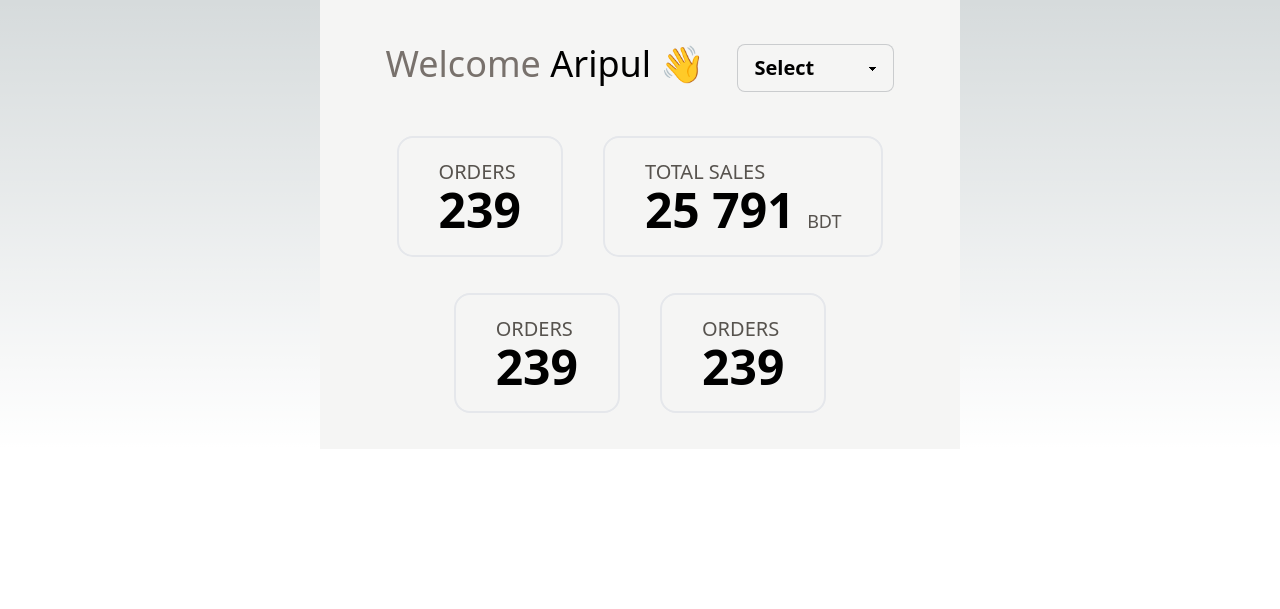
Repository: mehedi9465/nextapp
Page: /Dashboard
The author's editor kept a copy of each file at every save. The page is drawn from the files as they stood at one save, then again after the next save.
The browser window is 1280 px wide. The pictures show the whole page.
The project was rebuilt for these pictures with package versions that can differ from the ones it lists, and the page was loaded fresh each time. The framework's server and built-in components were replaced by stand-ins that run in the browser. Also part of the build but not shown: next.config.js, Components/Navbar.js.

Above is the page before, as saved 2023-03-04 15:49:52.

After the next save:
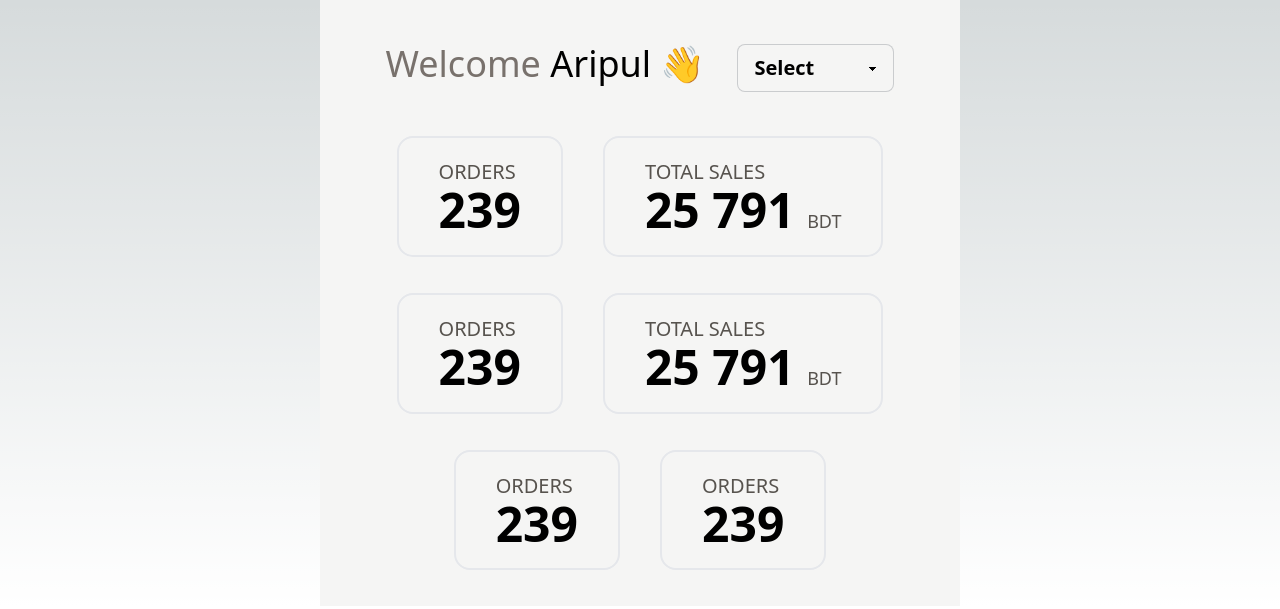
Saved 26 s later.
--- a/pages/Dashboard/index.js
+++ b/pages/Dashboard/index.js
@@ -45,6 +45,22 @@ const index = () => {
           </div>
           <div className="border-2 rounded-2xl justify-start mx-5 px-10 py-5 text-left">
             <p className="uppercase text-stone-600 font-normal text-xl">
+              Total Sales
+            </p>
+            <p className="text-5xl font-bold">
+              25 791 <span className="text-stone-600 font-medium text-lg">BDT</span>
+            </p>
+          </div>
+        </div>
+        <div className="flex justify-center my-9">
+          <div className="border-2 rounded-2xl justify-start mx-5 px-10 py-5">
+            <p className="uppercase text-stone-600 font-normal text-xl">
+              Orders
+            </p>
+            <p className="text-5xl font-bold">239</p>
+          </div>
+          <div className="border-2 rounded-2xl justify-start mx-5 px-10 py-5 text-left">
+            <p className="uppercase text-stone-600 font-normal text-xl">
               Orders
             </p>
             <p className="text-5xl font-bold">239</p>
